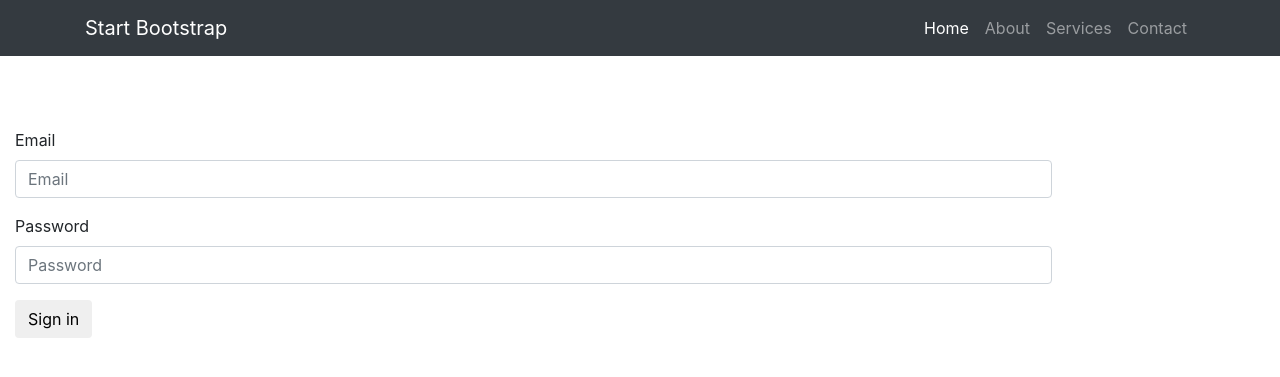
Repository: lukawitch/DB_Homework
Page: http://localhost/DB_Gallary/CdeleteForm.jsp
An editor plug-in stored every save of this project. The page is shown before and after the next save, followed by the edit.
The browser window is 1280 px wide. The pictures show the whole page.
The page is served by Tomcat 9.

Above is the page before, as saved 2018-06-10 06:12:26.

After the next save:
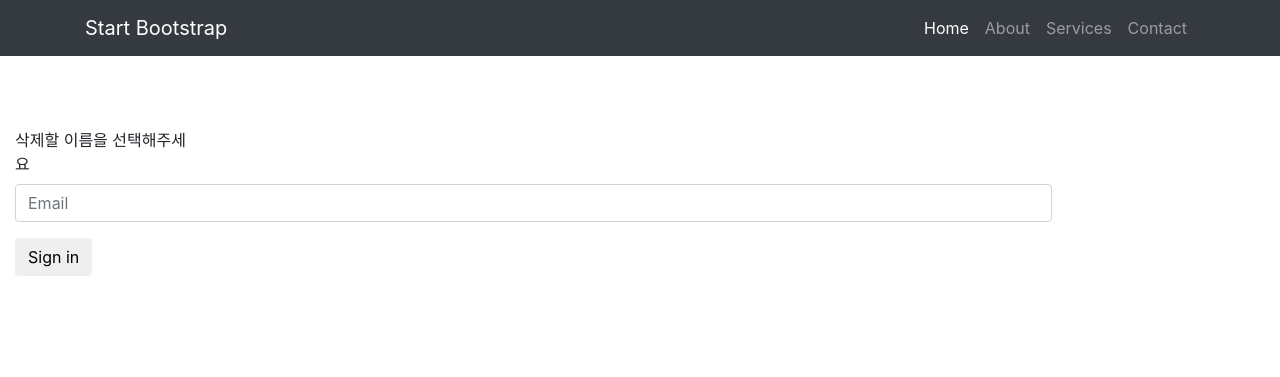
Saved 18 min 29 s later.
--- a/DB_Gallary/WebContent/CdeleteForm.jsp
+++ b/DB_Gallary/WebContent/CdeleteForm.jsp
@@ -11,17 +11,11 @@
  <br>
  <br>
  <br>
- <form class="form-horizontal" action="Cwrite.jsp" method="post">
+ <form class="form-horizontal" action="Cdelete.jsp" method="post">
   <div class="form-group">
-    <label for="inputEmail3" class="col-sm-2 control-label">Email</label>
+    <label for="inputEmail3" class="col-sm-2 control-label">삭제할 이름을 선택해주세요</label>
     <div class="col-sm-10">
-      <input type="email" class="form-control" id="inputEmail3" placeholder="Email">
-    </div>
-  </div>
-  <div class="form-group">
-    <label for="inputPassword3" class="col-sm-2 control-label">Password</label>
-    <div class="col-sm-10">
-      <input type="password" class="form-control" id="inputPassword3" placeholder="Password">
+      <input type="text" class="form-control" id="inputEmail3" placeholder="Email">
     </div>
   </div>
 
